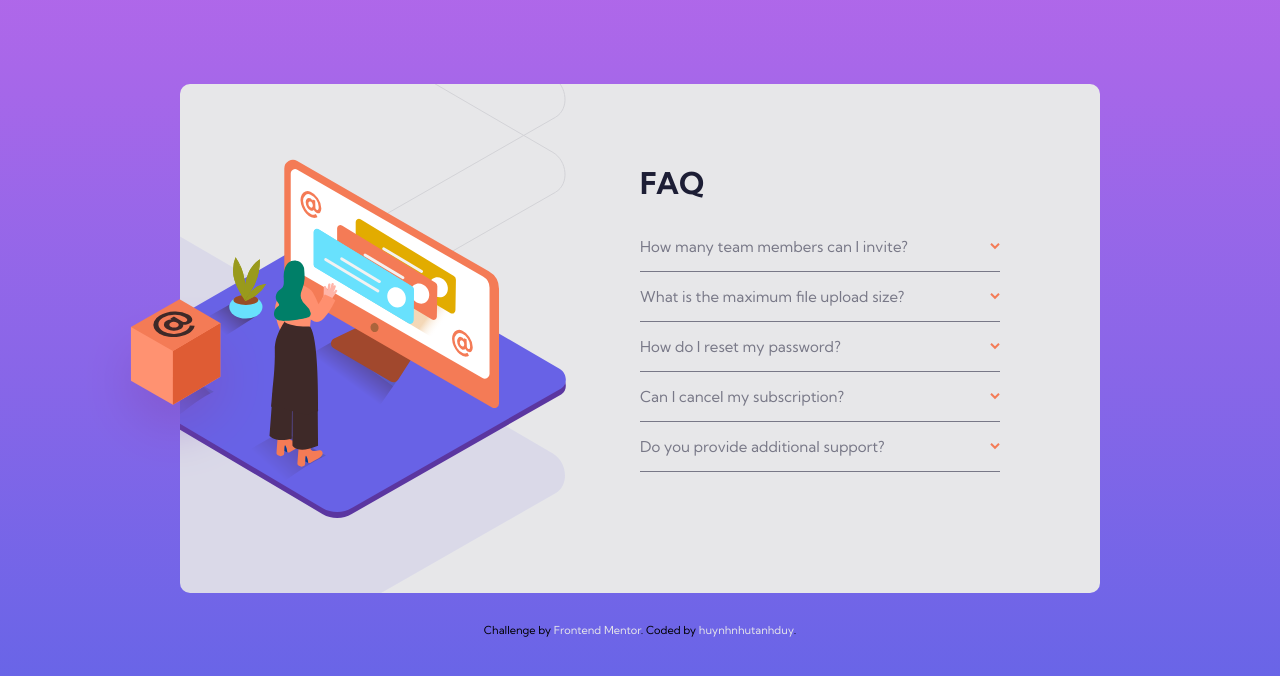
Repository: huynhnhutanhduy/faq-accordion-card
Page: index.html
An editor plug-in stored every save of this project. The page is shown before and after the next save, followed by the edit.
The browser window is 1280 px wide. The pictures show the whole page.
After loading, the first visible `div.card-item__header` was clicked once.

Above is the page before, as saved 2022-10-22 13:58:30.

### index.html
<!DOCTYPE html>
<html lang="en">
  <head>
    <meta charset="UTF-8" />
    <meta name="viewport" content="width=device-width, initial-scale=1.0" />
    <link rel="icon" type="image/png" sizes="32x32" href="./images/favicon-32x32.png" />
    <title>Frontend Mentor | FAQ Accordion Card</title>
    <link rel="preconnect" href="https://fonts.googleapis.com" />
    <link rel="preconnect" href="https://fonts.gstatic.com" crossorigin />
    <link
      href="https://fonts.googleapis.com/css2?family=Kumbh+Sans:wght@400;700&display=swap"
      rel="stylesheet"
    />
    <link rel="stylesheet" href="./app.css" />
  </head>
  <body>
    <main>
      <article class="card">
        <div class="card-media">
          <div class="card-img"></div>
          <img src="./images/illustration-box-desktop.svg" alt="box-icon" class="card-box" />
        </div>
        <div class="card-content">
          <h1 class="card-title">faq</h1>
          <div class="card-list">
            <div class="card-item">
              <div class="card-item__header">
                <span class="card-item__title">How many team members can I invite? </span>
                <img src="./images/icon-arrow-down.svg" alt="" class="card-item__icon" />
              </div>
              <div class="card-item__content">
                <div class="card-item__content-inner">
                  You can invite up to 2 additional users on the Free plan. There is no limit
                  on team members for the Premium plan.
                </div>
              </div>
            </div>
            <div class="card-item">
              <div class="card-item__header">
                <span class="card-item__title">What is the maximum file upload size? </span>
                <img src="./images/icon-arrow-down.svg" alt="" class="card-item__icon" />
              </div>
              <div class="card-item__content">
                <div class="card-item__content-inner">
                  No more than 2GB. All files in your account must fit your allotted storage
                  space.
                </div>
              </div>
            </div>
            <div class="card-item">
              <div class="card-item__header">
                <span class="card-item__title">How do I reset my password? </span>
                <img src="./images/icon-arrow-down.svg" alt="" class="card-item__icon" />
              </div>
              <div class="card-item__content">
                <div class="card-item__content-inner">
                  Click “Forgot password” from the login page or “Change password” from your
                  profile page. A reset link will be emailed to you.
                </div>
              </div>
            </div>
            <div class="card-item">
              <div class="card-item__header">
                <span class="card-item__title">Can I cancel my subscription? </span>
                <img src="./images/icon-arrow-down.svg" alt="" class="card-item__icon" />
              </div>
              <div class="card-item__content">
                <div class="card-item__content-inner">
                  Yes! Send us a message and we’ll process your request no questions asked.
                </div>
              </div>
            </div>
            <div class="card-item">
              <div class="card-item__header">
                <span class="card-item__title">Do you provide additional support? </span>
                <img src="./images/icon-arrow-down.svg" alt="" class="card-item__icon" />
              </div>
              <div class="card-item__content">
                <div class="card-item__content-inner">
                  Chat and email support is available 24/7. Phone lines are open during normal
                  business hours.
                </div>
              </div>
            </div>
          </div>
        </div>
      </article>
    </main>
    <footer class="attribution">
      Challenge by
      <a href="https://www.frontendmentor.io?ref=challenge" target="_blank">Frontend Mentor</a
      >. Coded by <a href="https://github.com/huynhnhutanhduy">huynhnhutanhduy</a>.
    </footer>

    <script src="./app.js"></script>
  </body>
</html>

### app.css
:root {
  --very-dark-desaturated-blue: hsl(238, 29%, 16%);
  --soft-red: hsl(14, 88%, 65%);
  --soft-violet: hsl(273, 75%, 66%);
  --soft-blue: hsl(240, 73%, 65%);
  --very-dark-grayish-blue: hsl(237, 12%, 33%);
  --dark-grayish-blue: hsl(240, 6%, 50%);
  --light-grayish-blue: hsl(240, 5%, 91%);
}
* {
  margin: 0;
  padding: 0;
  border: 0;
}
*,
*::before,
*::after,
html {
  box-sizing: border-box;
}
html {
  font-size: 62.5%;
}
body {
  font-size: 1.2rem;
  font-weight: normal;
  font-family: "Kumbh Sans", sans-serif;
  background-image: linear-gradient(var(--soft-violet), var(--soft-blue));
  margin: 0;
  height: 100vh;
  width: 100vw;
  display: grid;
  justify-content: center;
  align-content: center;
}
a {
  text-decoration: none;
}
img {
  display: block;
  max-width: 100%;
}

.attribution {
  font-size: 11px;
  text-align: center;
}
.attribution a {
  color: var(--light-grayish-blue);
}

.card {
  border-radius: 1rem;
  margin-bottom: 3rem;
  background-color: var(--light-grayish-blue);
  height: 509px;
  width: 920px;
  display: grid;
  grid-template-columns: 400px 1fr;
  grid-gap: 6rem;
  background-image: url("./images/bg-pattern-desktop.svg");
  background-repeat: no-repeat;
  background-position: 1260% 65%;
}
.card-media {
  position: relative;
}
.card-img {
  background: url("./images/illustration-woman-online-desktop.svg");
  height: 100%;
  background-repeat: no-repeat;
  background-position: 120% center;
}
.card-box {
  position: absolute;
  top: 42%;
  left: -25%;
}

.card-content {
  padding: 8rem 10rem 9rem 0;
}
.card-title {
  text-transform: uppercase;
  margin-bottom: 2rem;
  font-size: 3rem;
  color: var(--very-dark-desaturated-blue);
}
.card-item {
  padding-top: 1.5rem;
  border-bottom: 1px solid var(--dark-grayish-blue);
}
.card-item__header {
  display: flex;
  justify-content: space-between;
  font-size: 1.5rem;
  padding-bottom: 1.5rem;
  cursor: pointer;
  transition: all 0.25s linear;
  align-items: center;
}
.card-item__icon {
  width: 10px;
  height: 7px;
}
.active img {
  transform: rotate(180deg);
  transition: all 0.25s linear;
}
.active span {
  color: var(--very-dark-desaturated-blue);
  font-weight: 700;
}
.active .card-item__content {
  display: block;
  padding-bottom: 1.3rem;
}
.card-item__header > * {
  pointer-events: none;
}
.card-item__header,
.card-item__content {
  color: var(--dark-grayish-blue);
}
.card-item__header-icon {
  color: var(--soft-red);
}
.card-item__content {
  display: none;
}
/* .card-item__content {
  height: 0;
  overflow: hidden;
  transition: all 0.25s linear;
}
.card-item__content.is-active {
  height: auto;
} */
.card-item__content-inner {
  margin-bottom: 1.5rem;
}

### app.js
const header = document.querySelectorAll(".card-item__header");
[...header].forEach((item) =>
  item.addEventListener("click", function () {
    const item = this;
    console.log(item);
  })
);

After the next save:
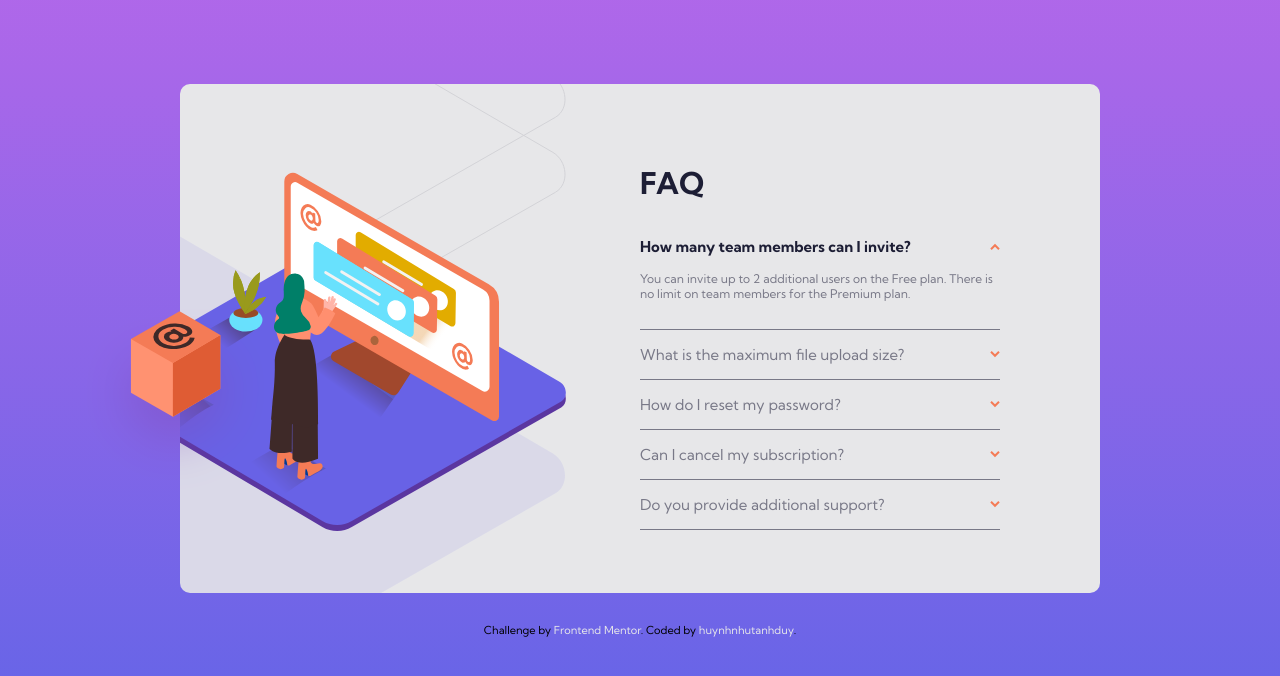
Saved 2 min 46 s later.
--- a/app.js
+++ b/app.js
@@ -1,7 +1,12 @@
 const header = document.querySelectorAll(".card-item__header");
 [...header].forEach((item) =>
   item.addEventListener("click", function () {
-    const item = this;
-    console.log(item);
+    // const item = this;
+    if (this.parentNode.classList.contains("active")) {
+      this.parentNode.classList.toggle("active");
+    } else {
+      header.forEach((value) => value.parentNode.classList.remove("active"));
+      this.parentNode.classList.add("active");
+    }
   })
 );

After the 3 saves that followed:
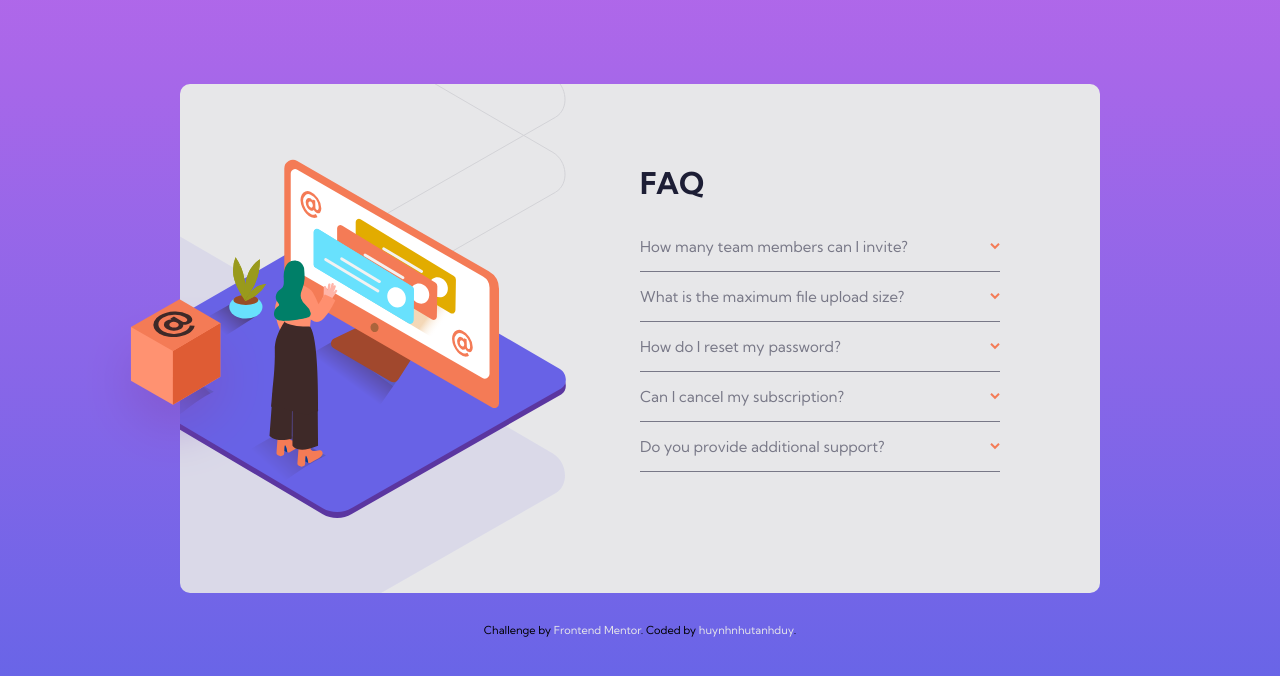
The 3 saves are shown as one change because 2 left the picture as it was.
The last was saved 2 min 31 s later.
--- a/app.js
+++ b/app.js
@@ -1,12 +1,12 @@
-const header = document.querySelectorAll(".card-item__header");
-[...header].forEach((item) =>
+const headers = document.querySelectorAll(".card-item__header");
+[...headers].forEach((item) =>
   item.addEventListener("click", function () {
-    // const item = this;
-    if (this.parentNode.classList.contains("active")) {
-      this.parentNode.classList.toggle("active");
-    } else {
-      header.forEach((value) => value.parentNode.classList.remove("active"));
-      this.parentNode.classList.add("active");
-    }
+    // if (this.parentNode.classList.contains("active")) {
+    //   this.parentNode.classList.toggle("active");
+    // } else {
+    //   headers.forEach((value) => value.parentNode.classList.remove("active"));
+    //   this.parentNode.classList.add("active");
+    // }
+    console.log(this.parentNode.classList.contains("is-active"));
   })
 );
